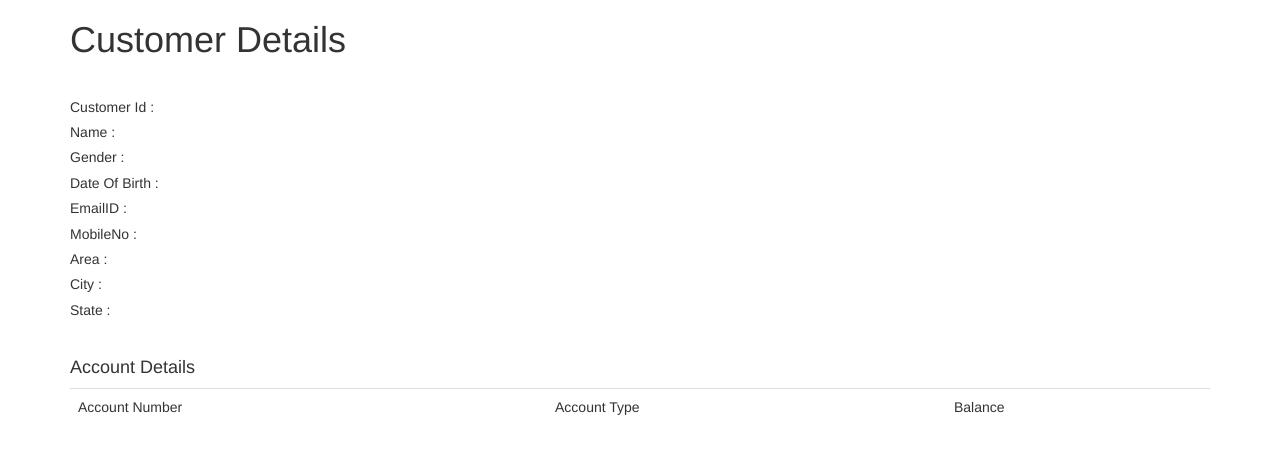
Repository: Shubham-Gawade/SpringHibernateTraining
Page: http://localhost/xorbankonline/WEB-INF/pages/customerdetails.jsp
These files come from the project's save history. The page is drawn as it stood at one moment and after the next save; the edit follows.
The browser window is 1280 px wide. The pictures show the whole page.
The page is served by Tomcat 9. Nobody is signed in. Other server files are loaded and not shown. The template is opened directly, without the code that normally fills it, so the values that code supplies are empty.

Above is the page before, as saved 2021-10-05 09:37:36.

### xorbankonline/src/main/webapp/WEB-INF/pages/customerdetails.jsp
<%@ page language="java" contentType="text/html; charset=ISO-8859-1"
	pageEncoding="ISO-8859-1"%>
<%@taglib uri="http://java.sun.com/jsp/jstl/core" prefix="c"%>
<!DOCTYPE html>
<html>
<head>
<meta charset="ISO-8859-1">
<title>Insert title here</title>
<link rel="stylesheet" href="https://maxcdn.bootstrapcdn.com/bootstrap/3.3.7/css/bootstrap.min.css">
</head>
<body class="container">
	<h1>Customer Details</h1>
	<br>
	<h5>Customer Id : ${customer.getPersonId()}</h5>
	<h5>Name : ${customer.getPersonName()}</h5>
	<h5>Gender : ${customer.getGender()}</h5>
	<h5>Date Of Birth : ${customer.getDateOfBirth()}</h5>
	<h5>EmailID : ${customer.getEmailId()}</h5>
	<h5>MobileNo : ${customer.getMobileNo()}</h5>
	<h5>Area : ${customer.getAddress().getArea()}</h5>
	<h5>City : ${customer.getAddress().getCity()}</h5>
	<h5>State : ${customer.getAddress().getState()}</h5>

	<br>
	<h4>Account Details</h4>
	<table class="table">
		<tr>
			<td>Account Number</td>
			<td>Account Type</td>
			<td>Balance</td>
		</tr>
		<c:forEach items="${customer.accounts}" var="account">
			<tr>
				<td>${account.getAccountNumber()}</td>
				<td>${account.getAccountType()}</td>
				<td>${account.getBalance()}</td>
			</tr>
		</c:forEach>
	</table>
</body>
</html>

After the next save:
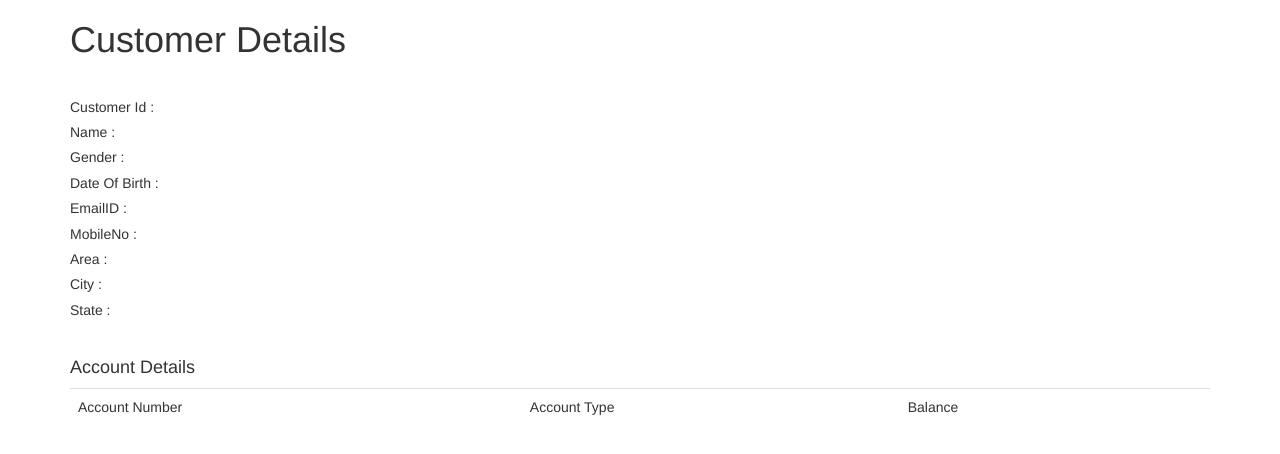
Saved 99 s later.
--- a/xorbankonline/src/main/webapp/WEB-INF/pages/customerdetails.jsp
+++ b/xorbankonline/src/main/webapp/WEB-INF/pages/customerdetails.jsp
@@ -28,12 +28,14 @@
 			<td>Account Number</td>
 			<td>Account Type</td>
 			<td>Balance</td>
+			<td></td>
 		</tr>
 		<c:forEach items="${customer.accounts}" var="account">
 			<tr>
 				<td>${account.getAccountNumber()}</td>
 				<td>${account.getAccountType()}</td>
 				<td>${account.getBalance()}</td>
+				<td></td>
 			</tr>
 		</c:forEach>
 	</table>
